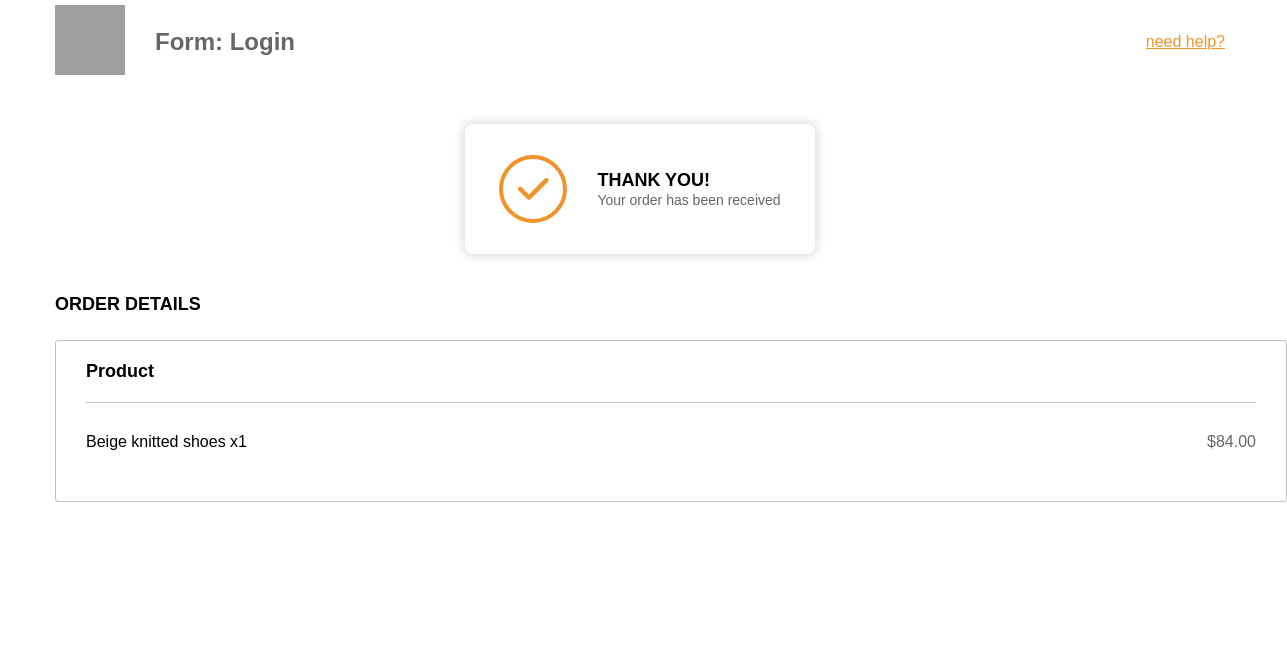
Repository: NguyenDucHung20002/project-homev1
Page: checkout/checkout.html
These files come from the project's save history. The page is drawn as it stood at one moment and after the next save; the edit follows.
The browser window is 1280 px wide. The page is 1287 px wide, so the pictures cover 1287 px, including what lies to the right of the window. The pictures show the whole page.
Pictures or frames that could not be fetched are drawn as grey boxes. The style sheet was rebuilt from its Sass, Less or Tailwind sources for each picture, by a compiler version that may differ from the author's.

Above is the page before, as saved 2022-09-20 10:17:50.

After the next save:
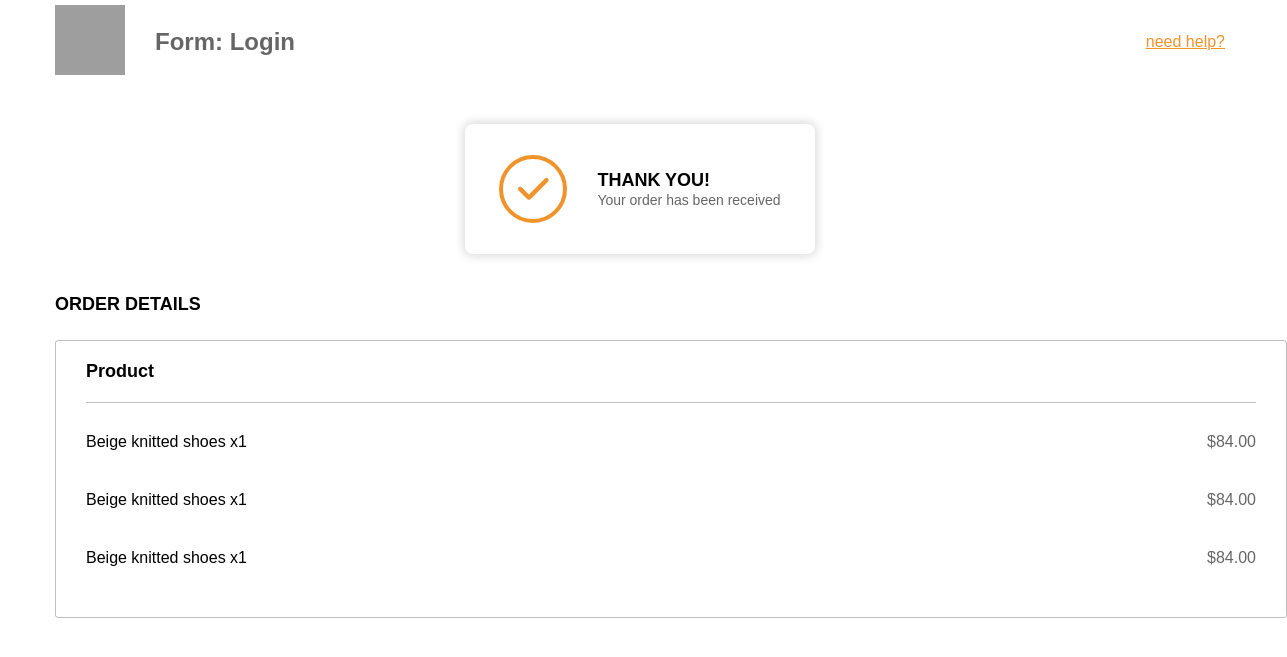
Saved 5 s later.
--- a/checkout/checkout.html
+++ b/checkout/checkout.html
@@ -46,6 +46,14 @@
                         <span class="name-items">Beige knitted shoes x1</span>
                         <span class="price-items">$84.00</span>
                     </div>
+                    <div class="items">
+                        <span class="name-items">Beige knitted shoes x1</span>
+                        <span class="price-items">$84.00</span>
+                    </div>
+                    <div class="items">
+                        <span class="name-items">Beige knitted shoes x1</span>
+                        <span class="price-items">$84.00</span>
+                    </div>
                 </div>
             </div>
         </div>
